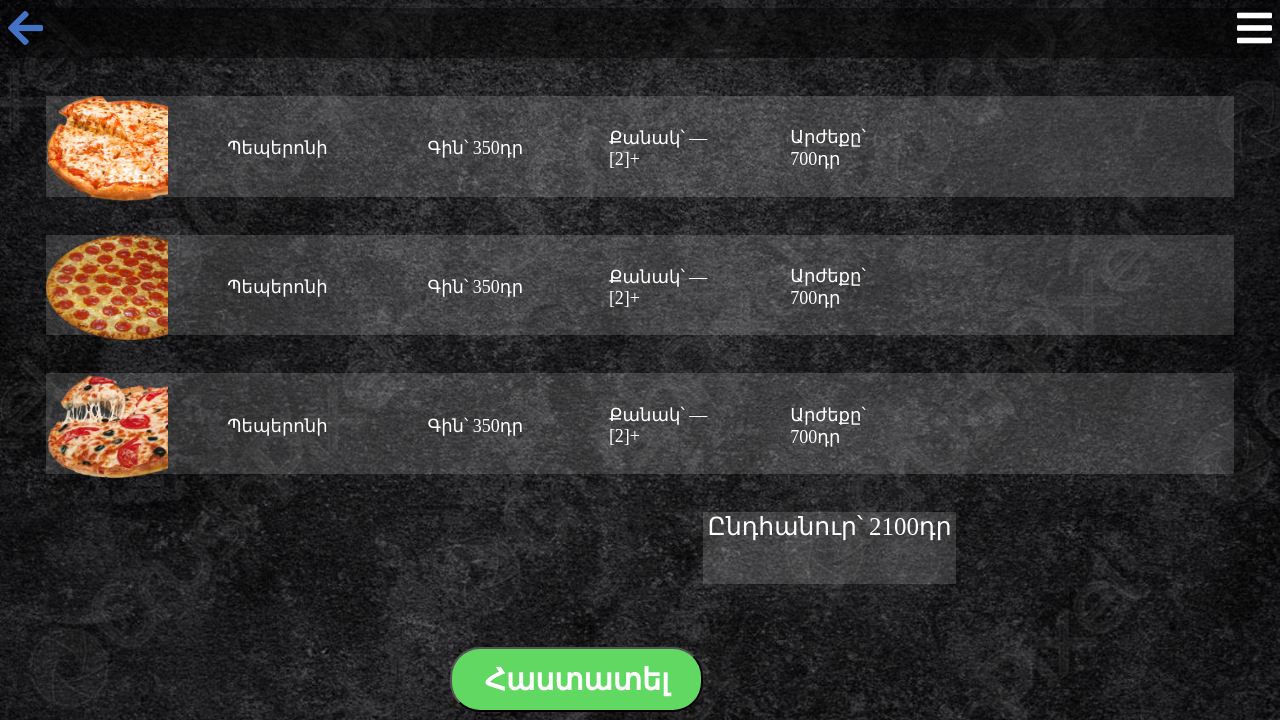
Repository: NarekTovmasyan/PizzaManue
Page: public/basket.html
The author's editor kept a copy of each file at every save. The page is drawn from the files as they stood at one save, then again after the next save.
The browser window is 1280 px wide. The pictures show the whole page.

Above is the page before, as saved 2022-01-20 15:58:45.

### public/basket.html
<!DOCTYPE html>
<html lang="en">
<head>
    <meta charset="UTF-8">
    <meta http-equiv="X-UA-Compatible" content="IE=edge">
    <meta name="viewport" content="width=device-width, initial-scale=1.0">
    <link rel="stylesheet" href="basket.css">
    <link rel="stylesheet" href="https://use.fontawesome.com/releases/v5.15.4/css/all.css" integrity="sha384-DyZ88mC6Up2uqS4h/KRgHuoeGwBcD4Ng9SiP4dIRy0EXTlnuz47vAwmeGwVChigm" crossorigin="anonymous">
    <title>BASKET</title>

</head>
<body>
    <nav class="menu ">
        <i class="fas fa-arrow-left"></i>
          <i class="fas fa-bars"></i>
     </nav>
    <div class= "main">
        <div class ="prop">
            <div class="pizza1Img"></div>
            <div>Պեպերոնի</div>
            <div>Գին՝ 350դր</div>
            <div>Քանակ՝ —[2]+ </div>
            <div class = "value">Արժեքը՝ 700դր</div>
            <div></div>
         </div>
        <div class ="prop">
            <div class="pizza2Img"></div>
            <div>Պեպերոնի</div>
            <div>Գին՝ 350դր</div>
            <div>Քանակ՝ —[2]+ </div>
            <div class = "value">Արժեքը՝ 700դր</div>
            <div></div>
        </div>
        <div class ="prop">
            <div class="pizza3Img"></div>
            <div>Պեպերոնի</div>
            <div>Գին՝ 350դր</div>
            <div>Քանակ՝ —[2]+ </div>
            <div class = "value" >Արժեքը՝ 700դր</div>
            <div></div>
        </div>
        <div class ="sum">Ընդհանուր՝ 2100դր</div>
         <button class = "confirm">Հաստատել</button>
    </div>
</body>
</html>

### public/basket.css
body {
    background-image: url(./images/background.jpg);
    background-repeat: no-repeat;
    background-size: cover;
  }
 .main{
      width: 100%;
      height: 75vh;
}
.menu {
    height: 50px;
    background-color: rgba(0, 0, 0, 0.425);
    display: flex;
    justify-content: space-between;
  }
.fa-arrow-left {
    color: #4472c4;
    font-size: 40px;
    cursor: pointer;
  }
  .fa-bars {
    color: #fff;
    font-size: 40px;
    cursor: pointer;
  }
.prop{
  background-color: rgba(255, 255, 255, 0.144) ;
  width: 94%;
  height: 14vh;
  margin-top: 3%;
  margin-left: 3%;
  display: grid;
  grid-template-columns: 1fr 1fr 1fr 1fr 1fr 1fr 1fr;
  column-gap: 100px;
  justify-content: center;
  align-items: center;
  color:white ;
  font-size: 18px;
}
 .prop >  div{
    width: 150%;
 }
.sum{
    background-color: rgba(255, 255, 255, 0.144) ;
    width: 20%;
    height: 10vh;
    margin-top: 3%;
    margin-left: 55%;
    font-size: 25px;
    font-weight: 500;
    text-align:center;
    color:white;
}

.confirm{
    background-color:rgb(97, 216, 97);
    height: 9vh;
    width: 20%;
    border-radius: 30px;
    text-align:center;
    font-size: 30px;
    font-weight: 700;
    margin-left:35%;
    margin-top: 5%;
    color:white;
    cursor: pointer;
}
.confirm:hover {
    background-color: rgb(216, 250, 216);
    color: black
  }
.pizza1Img{
    background-image: url(./images/pizza1.png);
    height:105px;
    width: 160px;
    background-size: cover;
}
.pizza2Img{
    background-image: url(./images/resize-16426253651557335988pizza2\ \(1\).png);
    height:105px;
    width: 160px;
    background-size: cover;
}
.pizza3Img{
    background-image: url(./images/pizza3.png);
    height:105px;
    width: 160px;
    background-size: cover;
}

After the next save:
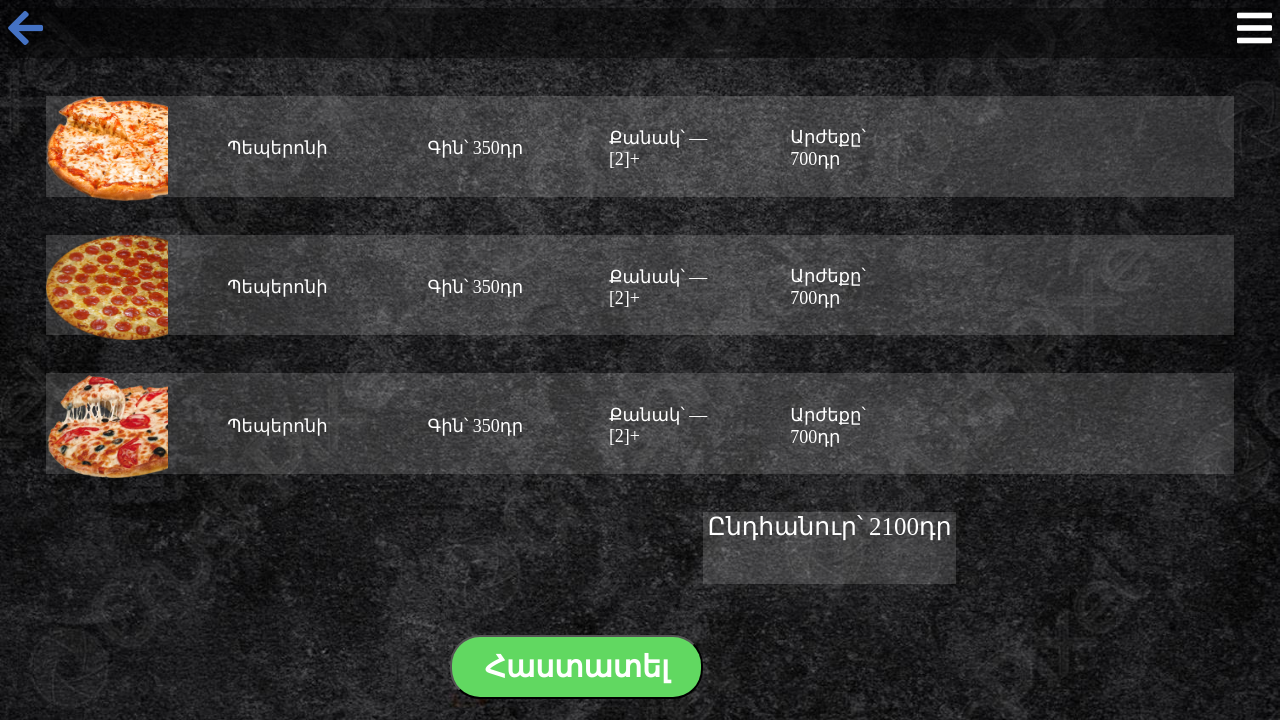
Saved 87 s later.
--- a/public/basket.css
+++ b/public/basket.css
@@ -61,7 +61,7 @@ body {
     font-size: 30px;
     font-weight: 700;
     margin-left:35%;
-    margin-top: 5%;
+    margin-top: 4%;
     color:white;
     cursor: pointer;
 }
